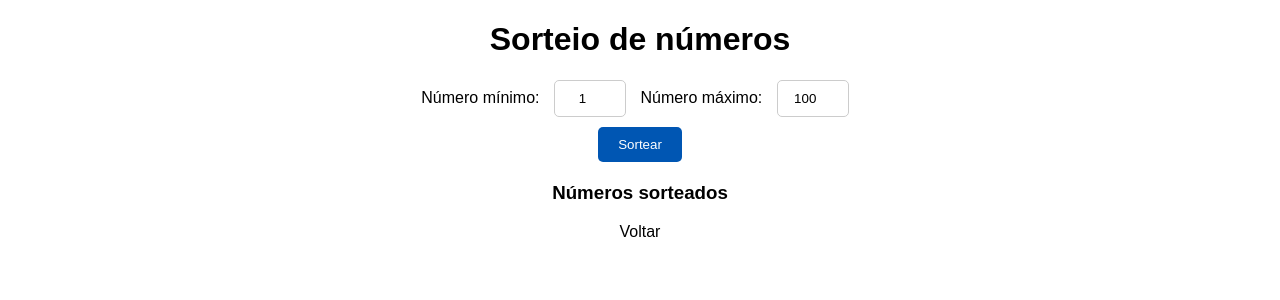
Repository: Matheus904-12/sorte
Page: sorteio-numeros.html
An editor plug-in stored every save of this project. The page is shown before and after the next save, followed by the edit.
The browser window is 1280 px wide. The pictures show the whole page.
The pointer rests on the first visible `button`.

Above is the page before, as saved 2023-09-10 19:31:01.

### sorteio-numeros.html
<!DOCTYPE html>
<html lang="pt-br">
<head>
  <meta charset="UTF-8">
  <meta name="viewport" content="width=device-width, initial-scale=1">
  <title>Sorteio de números</title>
  <style>
    body {
      font-family: Arial, sans-serif;
    }

    .container {
      width: 80%;
      margin: 0 auto;
      text-align: center;
    }

    h1 {
      font-size: 2em;
    }

    .range {
      margin-top: 20px;
    }

    input {
      width: 50px;
      padding: 10px;
      border: 1px solid #ccc;
      border-radius: 5px;
      margin: 0 10px;
      text-align: center;
    }

    button {
      padding: 10px 20px;
      background-color: #ffd700;
      color: #fff;
      border: none;
      border-radius: 5px;
      cursor: pointer;
      margin-top: 10px;
    }

    button:hover {
      background-color: #0056b3;
    }

    #resultado {
      font-size: 2em;
      margin-top: 20px;
    }

    #lista-sorteados {
      list-style-type: none;
      padding: 0;
    }

    #lista-sorteados li {
      display: inline-block;
      font-size: 1.2em;
      margin: 5px;
      padding: 5px 10px;
      background-color: #f0f0f0;
      border-radius: 5px;
    }

    a {
      color: #000;
      text-decoration: none;
    }

    a:hover {
      text-decoration: underline;
    }
  </style>
</head>
<body>
  <div class="container">
    <h1>Sorteio de números</h1>
    <div class="range">
      <label for="min">Número mínimo:</label>
      <input type="number" id="min" value="1" class="form-control">
      <label for="max">Número máximo:</label>
      <input type="number" id="max" value="100" class="form-control">
    </div>
    <button id="sortear">Sortear</button>
    <div id="resultado"></div>

    <div id="sorteados">
      <h3>Números sorteados</h3>
      <ul id="lista-sorteados"></ul>
    </div>

    <a href="#" id="voltar" class="btn btn-secondary float-right">Voltar</a>
  </div>

  <script>
    function sortear(min, max) {
      var numero = Math.floor(Math.random() * (max - min + 1)) + min;
      document.querySelector("#resultado").textContent = numero;

      var sorteados = document.querySelector("#lista-sorteados");
      var li = document.createElement("li");
      li.textContent = numero;
      sorteados.appendChild(li);
    }

    document.querySelector("#sortear").addEventListener("click", function() {
      var min = parseInt(document.querySelector("#min").value);
      var max = parseInt(document.querySelector("#max").value);

      if (min <= max) {
        sortear(min, max);
      } else {
        alert("O número mínimo deve ser menor ou igual ao número máximo.");
      }
    });

    document.querySelector("#voltar").addEventListener("click", function() {
      window.history.back();
    });
  </script>
</body>
</html>

After the next save:
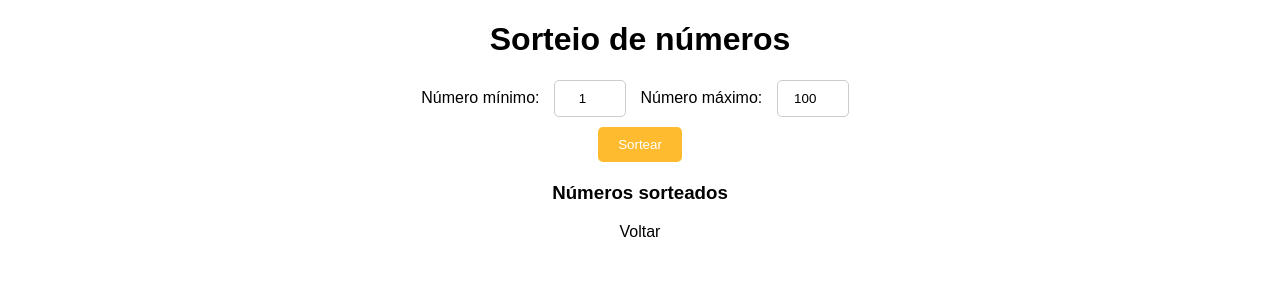
Saved 22 s later.
--- a/sorteio-numeros.html
+++ b/sorteio-numeros.html
@@ -43,7 +43,7 @@
     }
 
     button:hover {
-      background-color: #0056b3;
+      background-color: #ffbb2f;
     }
 
     #resultado {
